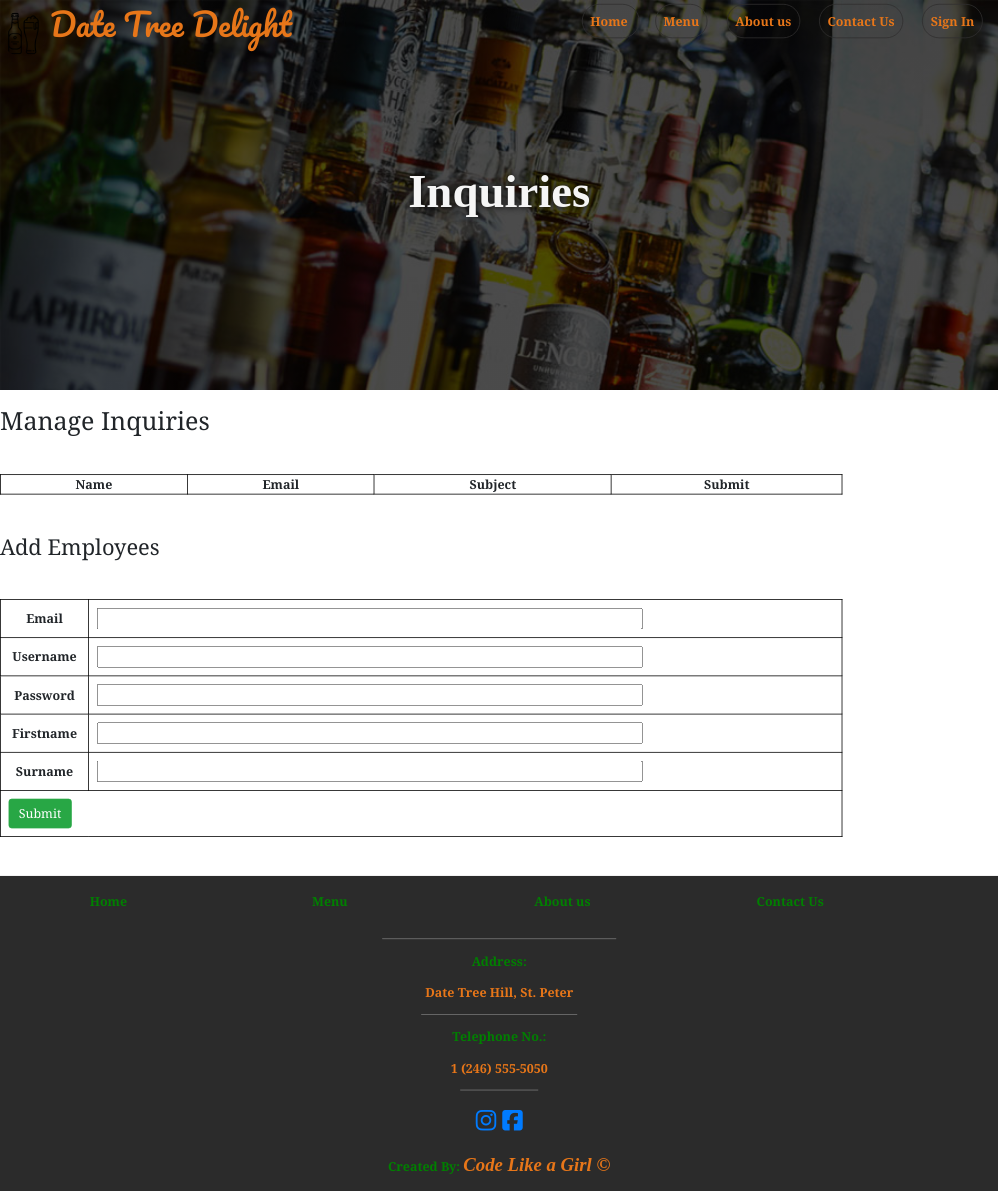
Repository: jadagoring/DateTreeDelight
Page: http://localhost/inquiries.php
An editor plug-in stored every save of this project. The page is shown before and after the next save, followed by the edit.
The browser window is 1280 px wide. The pictures show the whole page, at 78% of full size.
Some web fonts or font styles are not loaded; a fallback is used. Some web libraries are served in a nearby version. The page is run by PHP 8.4 with error messages shown; the project is at /var/www/html/. Queries for data that is not in the repository find no rows.

Above is the page before, as saved 2020-06-04 15:47:30.

### inquiries.php
<?php
include "templates/header.php";
$connect = mysqli_connect("localhost", "root", "", "cart_system");
?>

<div class="inq-header">
    <div class="seperator-div"></div>
    <h2 class="inq-hdr">Inquiries</h2>
</div>

<div class="inq-body">
        <table>
            <h2 style="padding-top: 20px;">Manage Inquiries</h2>
            <tr>
                <th>Name</th>
                <th>Email</th>
                <th>Subject</th>
                <th>Submit</th>
            </tr>

            <?php
            $query = "SELECT * FROM login ORDER BY userID ASC";
            $result = mysqli_query($connect, $query);
            if (mysqli_num_rows($result) > 0) {
                while ($row = mysqli_fetch_array($result)) {
            ?>
                    <form action="employees.php" method="POST">
                        <tr>
                            <td><?php echo $row["email"]; ?></td>
                            <td><?php echo $row["userName"]; ?></td>
                            <td><?php echo $row["firstName"]; ?></td>
                            <td><?php echo $row["lastName"]; ?></td>
                            <td style="text-align: center;"><input type="submit" value="Delete" name="deleteusr" class="btn btn-danger"></td>
                            <input type="hidden" name="userID" value="<?php echo $row['userID'] ?>">

                        </tr>
                    </form>
            <?php
                }
            }
            ?>

            <table>
                <form action="employees.php" method="POST">
                    <h3>Add Employees</h3>
                    <tr>
                        <th>Email</th>
                        <td><input type="email" name="Email" style="width: 700px;"></td>
                    </tr>

                    <tr>
                        <th>Username</th>
                        <td><input type="text" name="Username" style="width: 700px;"></td>
                    </tr>
                    <tr>
                        <th>Password</th>
                        <td><input type="password" name="Password" style="width: 700px;"></td>
                    </tr>
                    <tr>
                        <th>Firstname</th>
                        <td><input type="text" name="FirstName" style="width: 700px;"></td>
                    </tr>
                    <tr>
                        <th>Surname</th>
                        <td><input type="text" name="LastName" style="width: 700px;"></td>
                    </tr>
                    <tr>
                        <td colspan="2"><input type="Submit" name="Submit" value="Submit" class="btn btn-success"></td>
                    </tr>
                </form>
            </table>
</div>

<?php include "templates/footer.php"; ?>

### templates/header.php
<?php
session_start();
include "assets/helpers/functions.php";

$app = new App();

$Occupation = $app->getRole();
?>
<!DOCTYPE html>
<html lang="en">

<head>
    <meta charset="UTF-8">
    <meta name="viewport" content="width=device-width, initial-scale=1.0">
    <title>Date Tree Delight</title>

    <!-- CSS -->
    <link rel="stylesheet" href="https://stackpath.bootstrapcdn.com/bootstrap/4.4.1/css/bootstrap.min.css" integrity="sha384-Vkoo8x4CGsO3+Hhxv8T/Q5PaXtkKtu6ug5TOeNV6gBiFeWPGFN9MuhOf23Q9Ifjh" crossorigin="anonymous">
    <link rel="stylesheet" href="assets\css\styles.css">

    <!-- JavaScript -->
    <script src="https://code.jquery.com/jquery-3.4.1.slim.min.js" integrity="sha384-J6qa4849blE2+poT4WnyKhv5vZF5SrPo0iEjwBvKU7imGFAV0wwj1yYfoRSJoZ+n" crossorigin="anonymous"></script>
    <script src="https://cdn.jsdelivr.net/npm/popper.js@1.16.0/dist/umd/popper.min.js" integrity="sha384-Q6E9RHvbIyZFJoft+2mJbHaEWldlvI9IOYy5n3zV9zzTtmI3UksdQRVvoxMfooAo" crossorigin="anonymous"></script>
    <script src="https://stackpath.bootstrapcdn.com/bootstrap/4.4.1/js/bootstrap.min.js" integrity="sha384-wfSDF2E50Y2D1uUdj0O3uMBJnjuUD4Ih7YwaYd1iqfktj0Uod8GCExl3Og8ifwB6" crossorigin="anonymous"></script>
    <script src="https://kit.fontawesome.com/e9662c41f5.js" crossorigin="anonymous"></script>
</head>

<body>
    <!-- No log in -->
    <?php if ($Occupation == "Random") { ?>

        <div id="Navbar" class="nav-bar">
            <div class="right-nav">
                <a href="index.php" class="side-links">Home </a>
                <a href="Menu.php" class="side-links">Menu</a>
                <a href="Aboutus.php" class="side-links">About us</a>
                <a href="Contactus.php" class="side-links">Contact Us</a>
                <a href="login.html" class="side-links" style="margin-right:20px">Sign In</a>
            </div>

            <div class="left-nav">
                <div class="left-info">
                    <img src="assets\images\l-07-512.png" style="width: 60px; height: 60px; border-radius: 30px;" alt="Logo">
                    <span class="nav-text">Date Tree Delight</span>
                </div>
            </div>
        </div>
    <?php
    }
    ?>

    <!-- Customers login -->
    <?php if ($Occupation == "Customer") { ?>

        <div id="Navbar" class="nav-bar">
            <div class="right-nav">
                <a href="shoppingcart.php"><img src="assets/images/shopping-cart.png" alt="shoppingcart" class="shop-cart"></a>
                <a href="index.php" class="side-links">Home </a>
                <a href="Menu.php" class="side-links">Menu</a>
                <a href="Aboutus.php" class="side-links">About us</a>
                <a href="Contactus.php" class="side-links">Contact Us</a>
                <a href="signout.php" class="side-links" style="margin-right:20px">Sign Out</a>
            </div>

            <div class="left-nav">
                <div class="left-info">
                    <img src="assets\images\l-07-512.png" style="width: 60px; height: 60px; border-radius: 30px;" alt="Logo">
                    <span class="nav-text">Date Tree Delight</span>
                </div>
            </div>
        </div>
    <?php
    }
    ?>

    <!-- Employees Logged in -->
    <?php if ($Occupation == "Employee") { ?>

        <div id="Navbar" class="nav-bar">
            <div class="right-nav">
                <a href="order.php" class="side-links">Orders </a>
                <a href="inventory.php" class="side-links">Inventory</a>
                <a href="inquiries.php" class="side-links">Inquiries</a>
                <a href="signout.php" class="side-links" style="margin-right:20px">Sign Out</a>
            </div>

            <div class="left-nav">
                <div class="left-info">
                    <img src="assets\images\l-07-512.png" style="width: 60px; height: 60px; border-radius: 30px;" alt="Logo">
                    <span class="nav-text">Date Tree Delight</span>
                </div>
            </div>
        </div>
    <?php } ?>

    <!-- Admin logged in -->
    <?php if ($Occupation == "Owner") { ?>
        <div id="Navbar" class="nav-bar">
            <div class="right-nav">
                <a href="events.php" class="side-links">Events</a>
                <a href="order.php" class="side-links">Orders</a>
                <a href="inventory.php" class="side-links">Inventory</a>
                <a href="inquiries.php" class="side-links">Inquires</a>
                <a href="Employees.php" class="side-links">Employees</a>
                <a href="signout.php" class="side-links" style="margin-right:20px">Sign Out</a>
            </div>

            <div class="left-nav">
                <div class="left-info">
                    <img src="assets\images\l-07-512.png" style="width: 60px; height: 60px; border-radius: 30px;" alt="Logo">
                    <span class="nav-text">Date Tree Delight</span>
                </div>
            </div>
        </div>
    <?php } ?>

### assets/helpers/functions.php
<?php
class App
{
    function getRole()
    {
        if (isset($_SESSION['Occupation'])) {
            $Occupation = $_SESSION['Occupation'];
        } else {
            $Occupation = "Random";
        }

        return $Occupation;
    }
    function adminpage()
    {
        if (isset($_SESSION['Occupation'])) {
            if ($_SESSION['Occupation'] != "Owner") {
                header('Location:index.php');
            }
        } else {
            header('Location:index.php');
        }
    }

    function employeepage()
    {
        if (isset($_SESSION['Occupation'])) {
            if (($_SESSION['Occupation'] == "Owner") || ($_SESSION['Occupation'] == "Employee")) {
            }
            else{
                header('Location:index.php');
            }
        } else {
            header('Location:index.php');
        }
    }
}

### templates/footer.php
    <div class="footer">
        <div class="container">
            <!-- No log in -->
            <?php if ($Occupation == "Random") { ?>
                <div class="row footer-nav">
                    <div class="col-3"> <a href="index.php" class="side-links">Home </a> </div>
                    <div class="col-3"> <a href="Menu.php" class="side-links">Menu</a> </div>
                    <div class="col-3"> <a href="Aboutus.php" class="side-links">About us</a> </div>
                    <div class="col-3"> <a href="Contactus.php" class="side-links">Contact Us</a> </div>
                </div>
            <?php
            }
            ?>

            <!-- Customers login -->
            <?php if ($Occupation == "Customer") { ?>
                <div class="row footer-nav">
                    <div class="col-2"> <a href="index.php" class="side-links">Home </a> </div>
                    <div class="col-2"> <a href="Menu.php" class="side-links">Menu</a> </div>
                    <div class="col-2"> <a href="shoppingcart.php" class="side-links">Cart</a> </div>
                    <div class="col-2"> <a href="Aboutus.php" class="side-links">About us</a> </div>
                    <div class="col-2"> <a href="Contactus.php" class="side-links">Contact Us</a> </div>
                </div>
            <?php
            }
            ?>

            <!-- Employees Logged in -->
            <?php if ($Occupation == "Employee") { ?>
                <div class="row footer-nav">
                    <div class="col-2"> <a href="order.php" class="side-links">Orders </a> </div>
                    <div class="col-2"> <a href="inventory.php" class="side-links">Inventory</a> </div>
                    <div class="col-2"> <a href="inquiries.php" class="side-links">Inquiries</a> </div>
                </div>
            <?php } ?>

            <!-- Admin logged in -->
            <?php if ($Occupation == "Owner") { ?>
                <div class="row footer-nav">
                    <div class="col-2"> <a href="events.php" class="side-links">Events</a> </div>
                    <div class="col-2"> <a href="order.php" class="side-links">Orders</a> </div>
                    <div class="col-2"> <a href="inventory.php" class="side-links">Inventory</a> </div>
                    <div class="col-2"> <a href="inquiries.php" class="side-links">Inquires</a> </div>
                    <div class="col-2"> <a href="Employees.php" class="side-links">Employees</a> </div>
                </div>
            <?php } ?>

            <div class="spacer-div"></div>
            <div class="row footer-nav-text">
                <div style="text-align:center; margin-left: auto; margin-right: auto;">
                    <hr class="footer-hr" style="width:300px;">
                    <p class="footer-text"> Address: </p>
                    <p>Date Tree Hill, St. Peter</p>
                    <hr class="footer-hr" style="width:200px;">
                    <p class="footer-text">Telephone No.:</p>
                    <p>1 (246) 555-5050</p>
                    <hr class="footer-hr" style="width:100px;">
                </div>
            </div>

            <div class="row">
                <div class="socials" style="text-align:center; margin-left: auto; margin-right: auto;">
                    <p> <a href="https://instagram.com/datetreedelight?igshid=wuq8k1wrkhhx"><i class="fab fa-instagram"></i> </a>
                        <a href="https://facebook.com/datetreedelight246"><i class="fab fa-facebook-square"> </i></a>
                    </p>
                </div>
            </div>

            <div class="row">
                <div class="footer-comp" style="text-align:center; margin-left: auto; margin-right: auto;">
                    <p> Created By: <span class="footer-company"> Code Like a Girl &copy </span> </p>
                </div>
            </div>

        </div>
    </div>
    </body>

    </html>

Loaded but not shown: assets/css/styles.css (700 lines, source omitted)

After the next save:
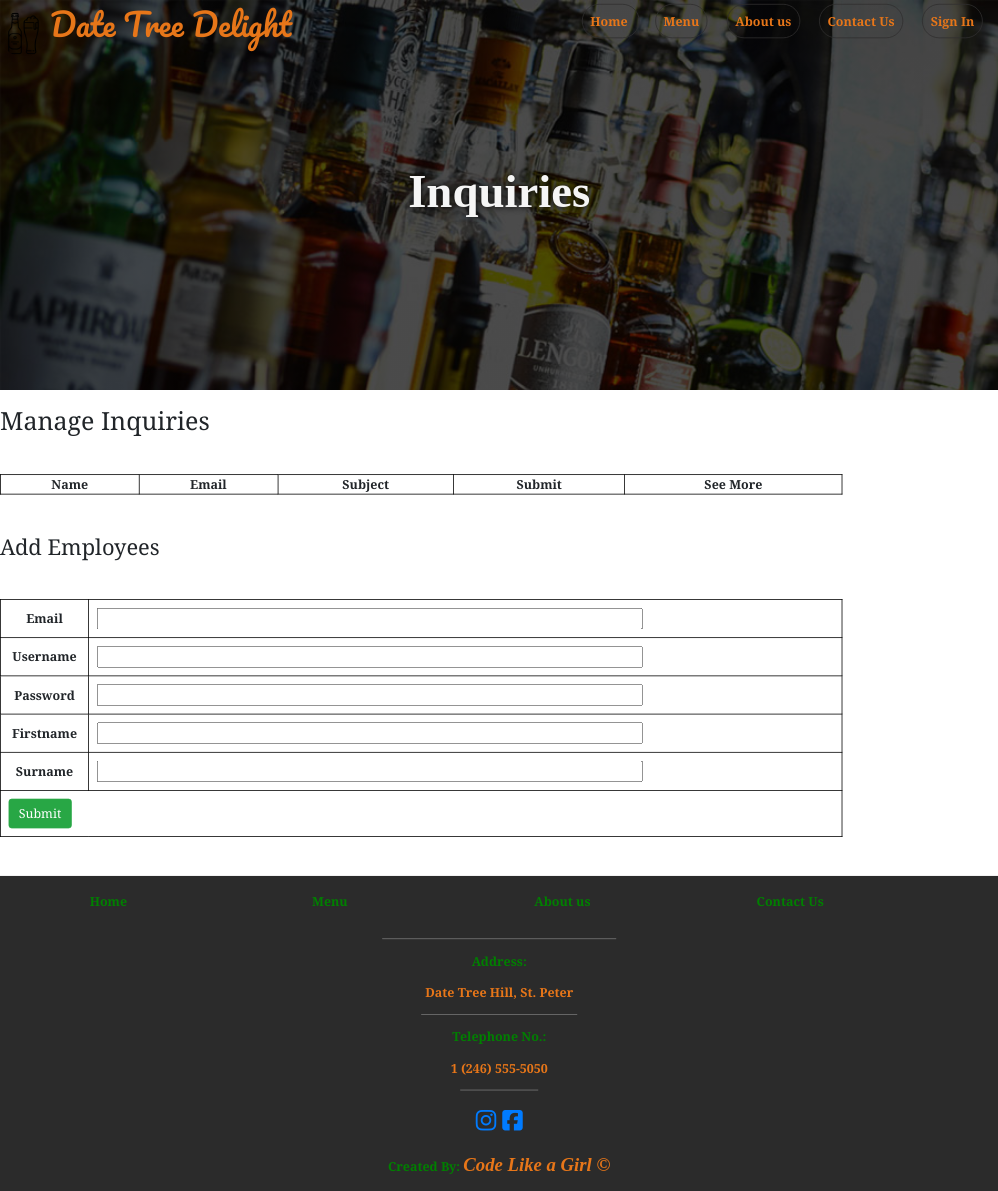
Saved 20 s later.
--- a/inquiries.php
+++ b/inquiries.php
@@ -9,66 +9,67 @@ $connect = mysqli_connect("localhost", "root", "", "cart_system");
 </div>
 
 <div class="inq-body">
-        <table>
-            <h2 style="padding-top: 20px;">Manage Inquiries</h2>
-            <tr>
-                <th>Name</th>
-                <th>Email</th>
-                <th>Subject</th>
-                <th>Submit</th>
-            </tr>
+    <table>
+        <h2 style="padding-top: 20px;">Manage Inquiries</h2>
+        <tr>
+            <th>Name</th>
+            <th>Email</th>
+            <th>Subject</th>
+            <th>Submit</th>
+            <th>See More</th>
+        </tr>
 
-            <?php
-            $query = "SELECT * FROM login ORDER BY userID ASC";
-            $result = mysqli_query($connect, $query);
-            if (mysqli_num_rows($result) > 0) {
-                while ($row = mysqli_fetch_array($result)) {
-            ?>
-                    <form action="employees.php" method="POST">
-                        <tr>
-                            <td><?php echo $row["email"]; ?></td>
-                            <td><?php echo $row["userName"]; ?></td>
-                            <td><?php echo $row["firstName"]; ?></td>
-                            <td><?php echo $row["lastName"]; ?></td>
-                            <td style="text-align: center;"><input type="submit" value="Delete" name="deleteusr" class="btn btn-danger"></td>
-                            <input type="hidden" name="userID" value="<?php echo $row['userID'] ?>">
+        <?php
+        $query = "SELECT * FROM login ORDER BY userID ASC";
+        $result = mysqli_query($connect, $query);
+        if (mysqli_num_rows($result) > 0) {
+            while ($row = mysqli_fetch_array($result)) {
+        ?>
+                <form action="employees.php" method="POST">
+                    <tr>
+                        <td><?php echo $row["email"]; ?></td>
+                        <td><?php echo $row["userName"]; ?></td>
+                        <td><?php echo $row["firstName"]; ?></td>
+                        <td><?php echo $row["lastName"]; ?></td>
+                        <td style="text-align: center;"><input type="submit" value="Delete" name="deleteusr" class="btn btn-danger"></td>
+                        <input type="hidden" name="userID" value="<?php echo $row['userID'] ?>">
 
-                        </tr>
-                    </form>
-            <?php
-                }
-            }
-            ?>
-
-            <table>
-                <form action="employees.php" method="POST">
-                    <h3>Add Employees</h3>
-                    <tr>
-                        <th>Email</th>
-                        <td><input type="email" name="Email" style="width: 700px;"></td>
-                    </tr>
-
-                    <tr>
-                        <th>Username</th>
-                        <td><input type="text" name="Username" style="width: 700px;"></td>
-                    </tr>
-                    <tr>
-                        <th>Password</th>
-                        <td><input type="password" name="Password" style="width: 700px;"></td>
-                    </tr>
-                    <tr>
-                        <th>Firstname</th>
-                        <td><input type="text" name="FirstName" style="width: 700px;"></td>
-                    </tr>
-                    <tr>
-                        <th>Surname</th>
-                        <td><input type="text" name="LastName" style="width: 700px;"></td>
-                    </tr>
-                    <tr>
-                        <td colspan="2"><input type="Submit" name="Submit" value="Submit" class="btn btn-success"></td>
                     </tr>
                 </form>
-            </table>
+        <?php
+            }
+        }
+        ?>
+
+        <table>
+            <form action="employees.php" method="POST">
+                <h3>Add Employees</h3>
+                <tr>
+                    <th>Email</th>
+                    <td><input type="email" name="Email" style="width: 700px;"></td>
+                </tr>
+
+                <tr>
+                    <th>Username</th>
+                    <td><input type="text" name="Username" style="width: 700px;"></td>
+                </tr>
+                <tr>
+                    <th>Password</th>
+                    <td><input type="password" name="Password" style="width: 700px;"></td>
+                </tr>
+                <tr>
+                    <th>Firstname</th>
+                    <td><input type="text" name="FirstName" style="width: 700px;"></td>
+                </tr>
+                <tr>
+                    <th>Surname</th>
+                    <td><input type="text" name="LastName" style="width: 700px;"></td>
+                </tr>
+                <tr>
+                    <td colspan="2"><input type="Submit" name="Submit" value="Submit" class="btn btn-success"></td>
+                </tr>
+            </form>
+        </table>
 </div>
 
 <?php include "templates/footer.php"; ?>
